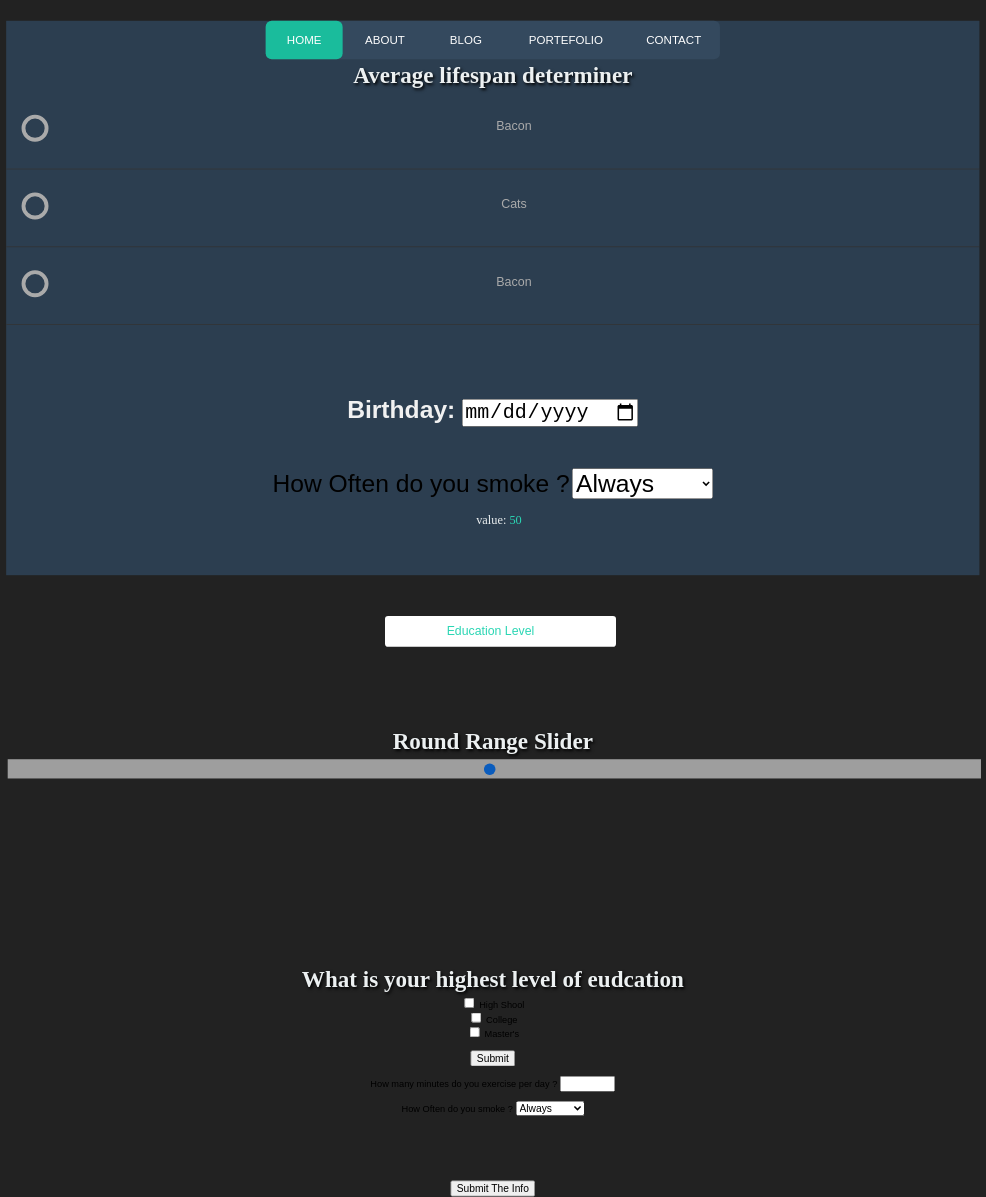
Repository: navid-amini12/capstone-1
Page: wordgame.html
These files come from the project's save history. The page is drawn as it stood at one moment and after the next save; the edit follows.
The browser window is 1280 px wide. The pictures show the whole page, at 77% of full size.

Above is the page before, as saved 2022-06-02 10:16:21.

After the next save:
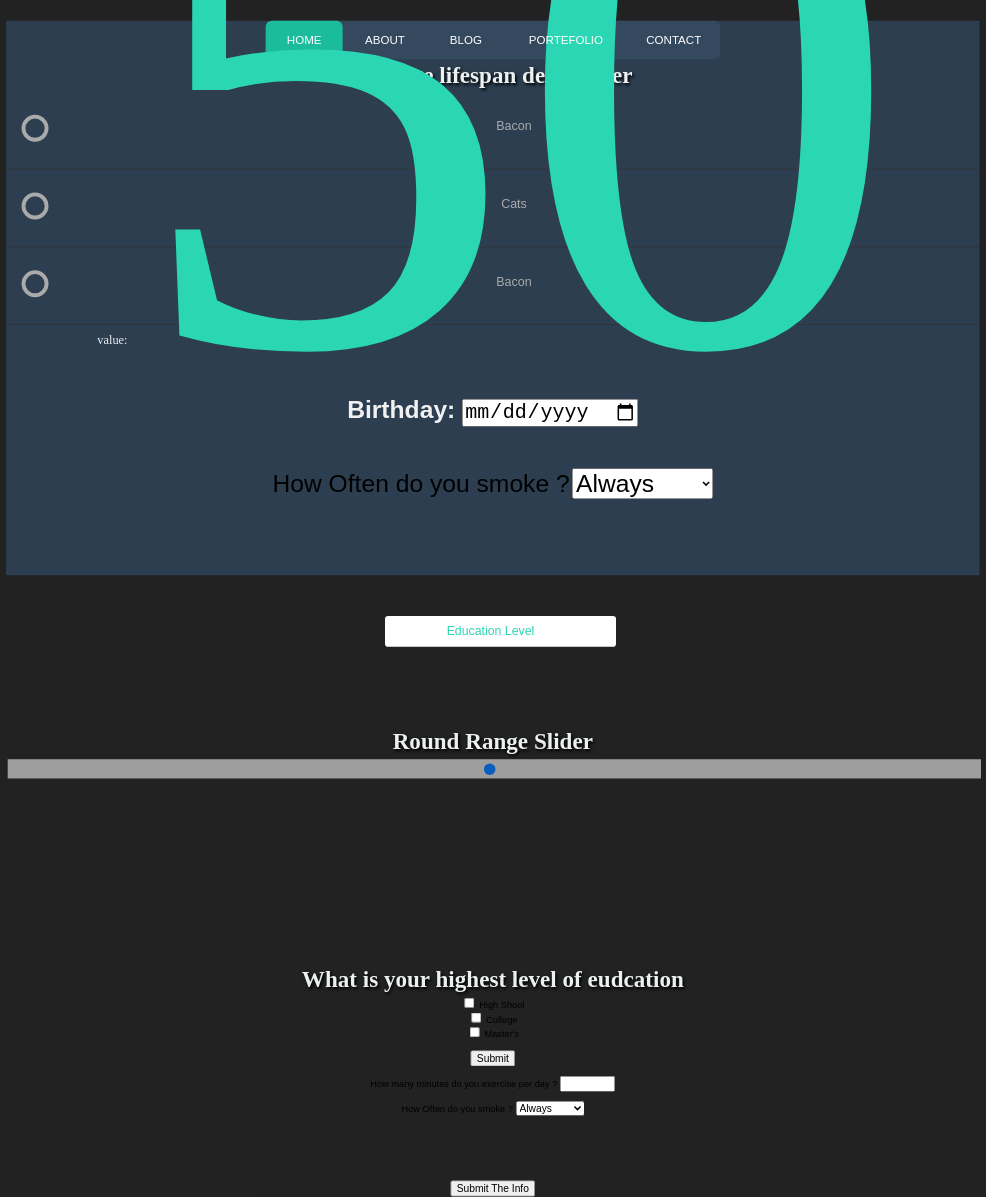
Saved 52 s later.
--- a/Life.css
+++ b/Life.css
@@ -1,9 +1,15 @@
 
-.slidervalue {
-  width: 400px;
-}
+
 
 /* starting of slider */
+
+
+
+#demo {
+  font-size: 1000px;
+}
+
+
 
 .slidecontainer {
   width: 100%;
@@ -24,15 +30,9 @@
   opacity: 1;
 }
 
-
-
-
-
 /* ending of slider */
 
 .optiondesign {
-
-
 
 }
 

After the save that followed:
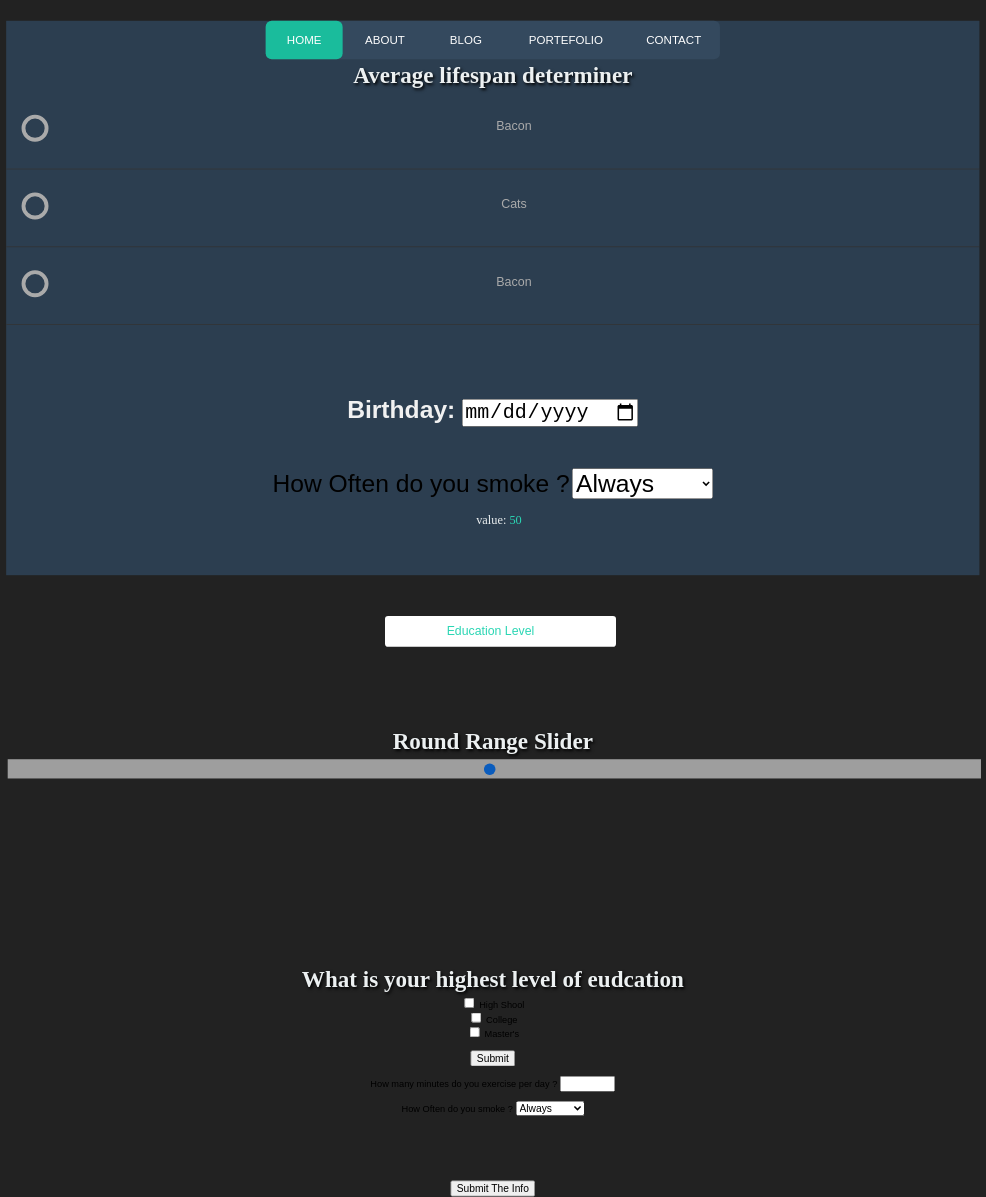
Saved 22 s later.
--- a/Life.css
+++ b/Life.css
@@ -6,7 +6,7 @@
 
 
 #demo {
-  font-size: 1000px;
+  margin-top: 100px;
 }
 
 
